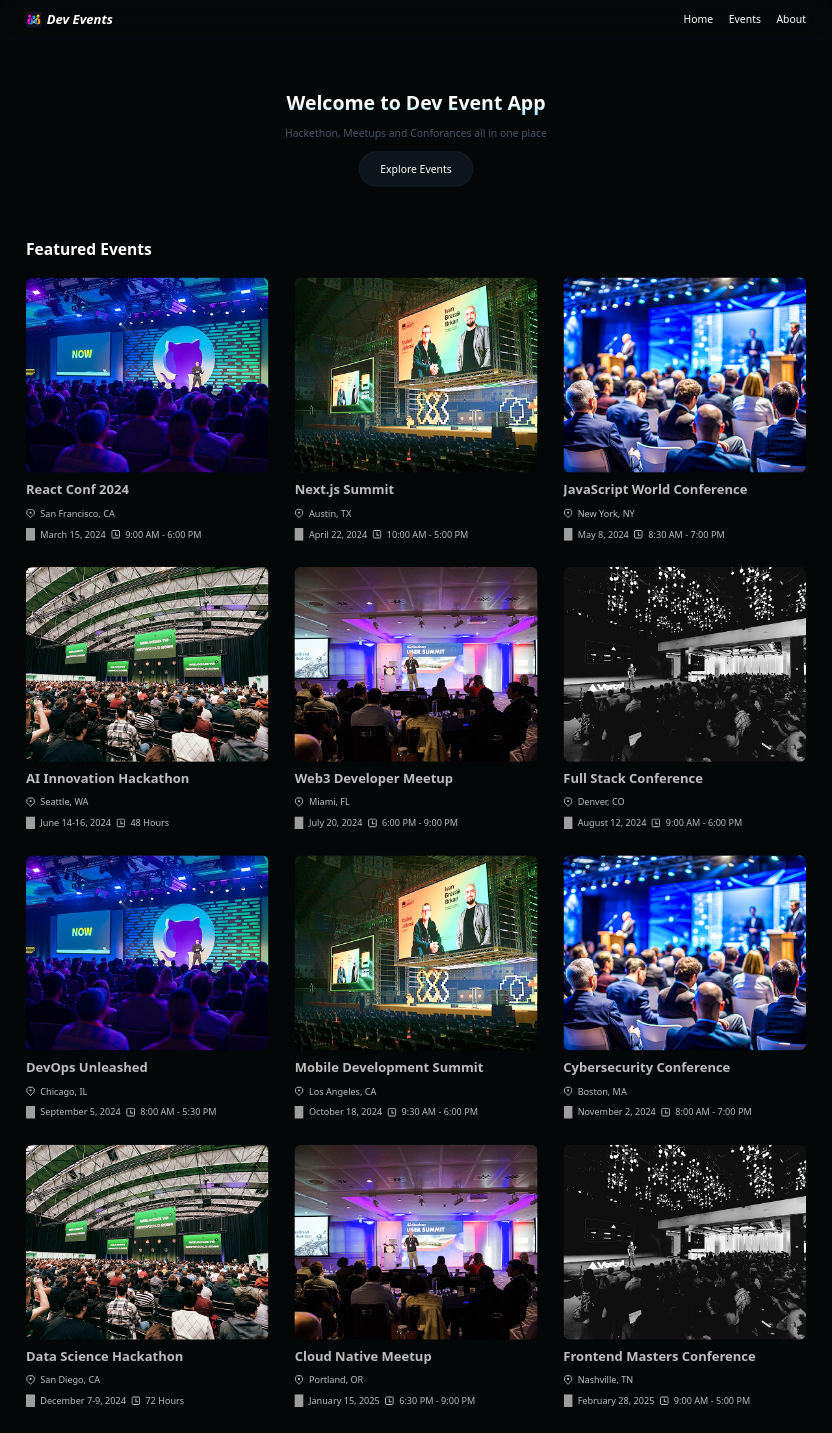
Repository: harshhariyani404/dev-events
Page: /
These files come from the project's save history. The page is drawn as it stood at one moment and after the next save; the edit follows.
The browser window is 1280 px wide. The pictures show the whole page, at 65% of full size.
Pictures or frames that could not be fetched are drawn as grey boxes. The project was rebuilt for these pictures with package versions that can differ from the ones it lists, and the page was loaded fresh each time. The framework's server and built-in components were replaced by stand-ins that run in the browser. Also part of the build but not shown: next.config.ts.

Above is the page before, as saved 2026-02-06 16:09:22.

### app/layout.tsx
import type { Metadata } from "next";
import { Geist, Geist_Mono } from "next/font/google";
import "./globals.css";
import Navbar from "./components/Navbar";

const geistSans = Geist({
  variable: "--font-geist-sans",
  subsets: ["latin"],
});

const geistMono = Geist_Mono({
  variable: "--font-geist-mono",
  subsets: ["latin"],
});

export const metadata: Metadata = {
  title: "Dev Event App",
  description: "Generated by create next app",
};

export default function RootLayout({
  children,
}: Readonly<{
  children: React.ReactNode;
}>) {
  return (
    <html lang="en">
      <body
        className={`${geistSans.variable} ${geistMono.variable} antialiased`}
      >
        <Navbar />
        <main>
          {children}
        </main>

      </body>
    </html>
  );
}

### app/page.tsx
import Exploarbtn from "./components/Exploarbtn";
import EventCard from "./components/EventCard";
import { events } from "./lib/constants";

const page = () => {
  return (
    <section>
      <h1 className="text-3xl font-bold text-center mt-10">Welcome to Dev Event App</h1>
      <p className="text-center mt-4 text-gray-600">Hackethon, Meetups and Conforances all in one place</p>
      <Exploarbtn />
      <div className="mt-20 space-y-7">
        <h3>Featured Events</h3>
        <ul className="events">
          {events.map((event) => (
            <div key={event.title}>
              <EventCard {...event} />
            </div>
          ))}

        </ul>
      </div>
    </section>
  );
}

export default page;

### app/components/Navbar.tsx
import Link from "next/link";
import Image from "next/image";
import logo from '../../public/icons/logo.png';
const Navbar = () => {
  return (
    <header>
        <nav>
            <Link href="/" className="logo">
                <Image src={logo} alt="logo" width={24} height={24} />
                <p>Dev Events</p>
            </Link>
            <ul>
                <Link href="/">Home</Link>
                <Link href="/events">Events</Link>
                <Link href="/about">About</Link>
            </ul>
        </nav>
    </header>
  );
}

export default Navbar;

### app/components/Exploarbtn.tsx
'use client';
import Link from "next/link";
const Exploarbtn = () => {
  return (
    <div>
      <button type="button" id="explore-btn" className="mt-4 mx-auto"  onClick={()=>console.log('hello world')}>
        <Link href='#events'>
            Explore Events
        </Link>
      </button>
    </div>
  );
}

export default Exploarbtn;

### app/components/EventCard.tsx
import Link from "next/link";
import Image from "next/image";
interface Props{
    image:string;
    title:string;
    slug:string;
    location:string;
    date:string;
    time:string;
}
const EventCard = ({ title, image , slug, location, date, time }:Props) => {
  return (
    <div>
      <Link href={`/events/${slug}`} id='event-card'>
        <Image src={image} alt={title} width={400} height={300} className="poster"/>
        <p className="title">{title}</p>
        <div className="flex flex-row gap-2">
            <Image src="/icons/pin.svg" alt='location' width={14} height={14}/>
            <p className="location">{location}</p>
        </div>
        <div className="flex flex-row gap-2">
            <Image src="/icons/calendar.svg" alt='date' width={14} height={14}/>
            <p className="date">{date}</p>
            <Image src="/icons/clock.svg" alt='time' width={14} height={14}/>
            <p className="time">{time}</p>
        </div>



      </Link>
    </div>
  );
}

export default EventCard;

### app/lib/constants.ts
export type EventItems = {
    slug: string;
    image: string;
    title: string;
    location: string;
    date: string;
    time: string;
}


export const events: EventItems[] = [
    {
        slug: "react-conf-2024",
        image: "/images/event1.png",
        title: "React Conf 2024",
        location: "San Francisco, CA",
        date: "March 15, 2024",
        time: "9:00 AM - 6:00 PM",
    },
    {
        slug: "nextjs-summit",
        image: "/images/event2.png",
        title: "Next.js Summit",
        location: "Austin, TX",
        date: "April 22, 2024",
        time: "10:00 AM - 5:00 PM",
    },
    {
        slug: "javascript-world",
        image: "/images/event3.png",
        title: "JavaScript World Conference",
        location: "New York, NY",
        date: "May 8, 2024",
        time: "8:30 AM - 7:00 PM",
    },
    {
        slug: "ai-hackathon-2024",
        image: "/images/event4.png",
        title: "AI Innovation Hackathon",
        location: "Seattle, WA",
        date: "June 14-16, 2024",
        time: "48 Hours",
    },
    {
        slug: "web3-developer-meetup",
        image: "/images/event5.png",
        title: "Web3 Developer Meetup",
        location: "Miami, FL",
        date: "July 20, 2024",
        time: "6:00 PM - 9:00 PM",
    },
    {
        slug: "fullstack-conference",
        image: "/images/event6.png",
        title: "Full Stack Conference",
        location: "Denver, CO",
        date: "August 12, 2024",
        time: "9:00 AM - 6:00 PM",
    },
    {
        slug: "devops-unleashed",
        image: "/images/event1.png",
        title: "DevOps Unleashed",
        location: "Chicago, IL",
        date: "September 5, 2024",
        time: "8:00 AM - 5:30 PM",
    },
    {
        slug: "mobile-dev-summit",
        image: "/images/event2.png",
        title: "Mobile Development Summit",
        location: "Los Angeles, CA",
        date: "October 18, 2024",
        time: "9:30 AM - 6:00 PM",
    },
    {
        slug: "cybersecurity-conference",
        image: "/images/event3.png",
        title: "Cybersecurity Conference",
        location: "Boston, MA",
        date: "November 2, 2024",
        time: "8:00 AM - 7:00 PM",
    },
    {
        slug: "data-science-hackathon",
        image: "/images/event4.png",
        title: "Data Science Hackathon",
        location: "San Diego, CA",
        date: "December 7-9, 2024",
        time: "72 Hours",
    },
    {
        slug: "cloud-native-meetup",
        image: "/images/event5.png",
        title: "Cloud Native Meetup",
        location: "Portland, OR",
        date: "January 15, 2025",
        time: "6:30 PM - 9:00 PM",
    },
    {
        slug: "frontend-masters",
        image: "/images/event6.png",
        title: "Frontend Masters Conference",
        location: "Nashville, TN",
        date: "February 28, 2025",
        time: "9:00 AM - 5:00 PM",
    },
];

Loaded but not shown: app/globals.css (common file)

After the next save:
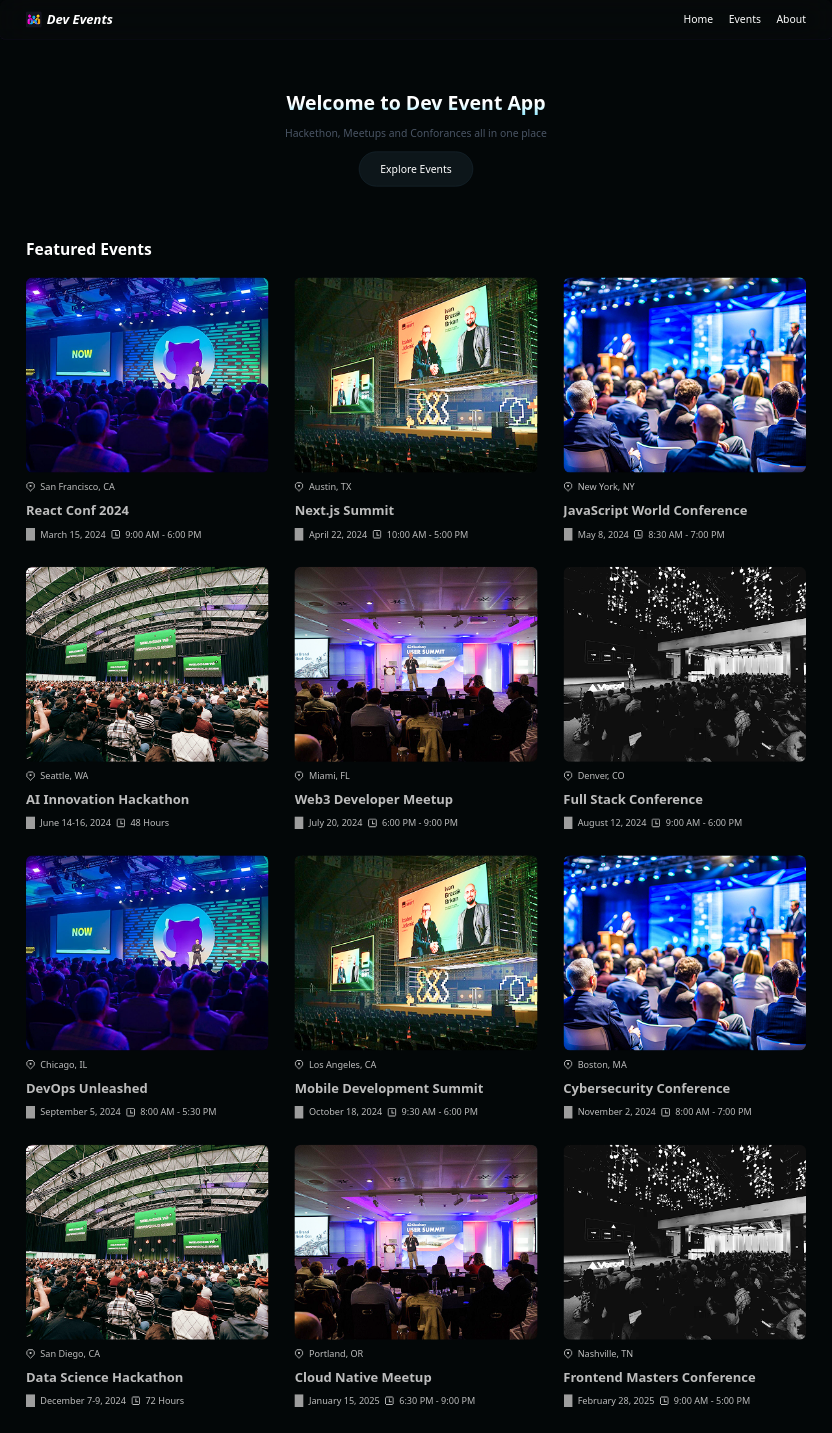
Saved 31 s later.
--- a/app/components/EventCard.tsx
+++ b/app/components/EventCard.tsx
@@ -13,11 +13,11 @@
     <div>
       <Link href={`/events/${slug}`} id='event-card'>
         <Image src={image} alt={title} width={400} height={300} className="poster"/>
-        <p className="title">{title}</p>
         <div className="flex flex-row gap-2">
             <Image src="/icons/pin.svg" alt='location' width={14} height={14}/>
             <p className="location">{location}</p>
         </div>
+        <p className="title">{title}</p>
         <div className="flex flex-row gap-2">
             <Image src="/icons/calendar.svg" alt='date' width={14} height={14}/>
             <p className="date">{date}</p>
